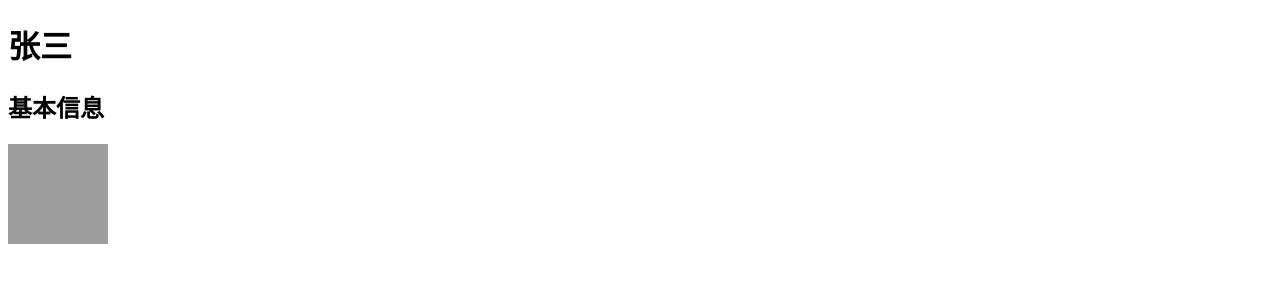
Repository: ls02/VSCode
Page: Java/2022/6-21-1/Test1.html
The author's editor kept a copy of each file at every save. The page is drawn from the files as they stood at one save, then again after the next save.
The browser window is 1280 px wide. The pictures show the whole page.
Pictures or frames that could not be fetched are drawn as grey boxes.

Above is the page before, as saved 2022-06-21 11:05:34.

### Java/2022/6-21-1/Test1.html
<!--
 * @Author: ls02 <2877455773@qq.com>
 * @Date: 2022-06-21 11:01:41
 * @LastEditors: ls02 <2877455773@qq.com>
 * @LastEditTime: 2022-06-21 11:05:34
 * @FilePath: \Java\2022\6-21-1\Test1.html
 * @Description:
 *
 * Copyright (c) 2022 by ${ls02 <2877455773@qq.com>}, All Rights Reserved.
-->
<!DOCTYPE html>
<html lang="en">
<head>
    <meta charset="UTF-8">
    <meta http-equiv="X-UA-Compatible" content="IE=edge">
    <meta name="viewport" content="width=device-width, initial-scale=1.0">
    <title>我的简历</title>
</head>
<body>
    <h1>张三</h1>
    <h2>基本信息</h2>
    <img src="../6-18-1/image/1.jpg"
    width="100" height="100">
</body>
</html>

After the next save:
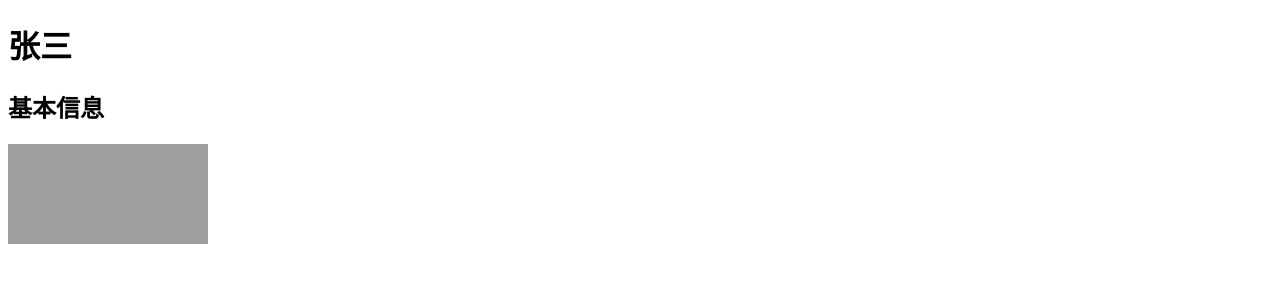
Saved 9 s later.
--- a/Java/2022/6-21-1/Test1.html
+++ b/Java/2022/6-21-1/Test1.html
@@ -20,6 +20,6 @@
     <h1>张三</h1>
     <h2>基本信息</h2>
     <img src="../6-18-1/image/1.jpg"
-    width="100" height="100">
+    width="200" height="100">
 </body>
 </html>
